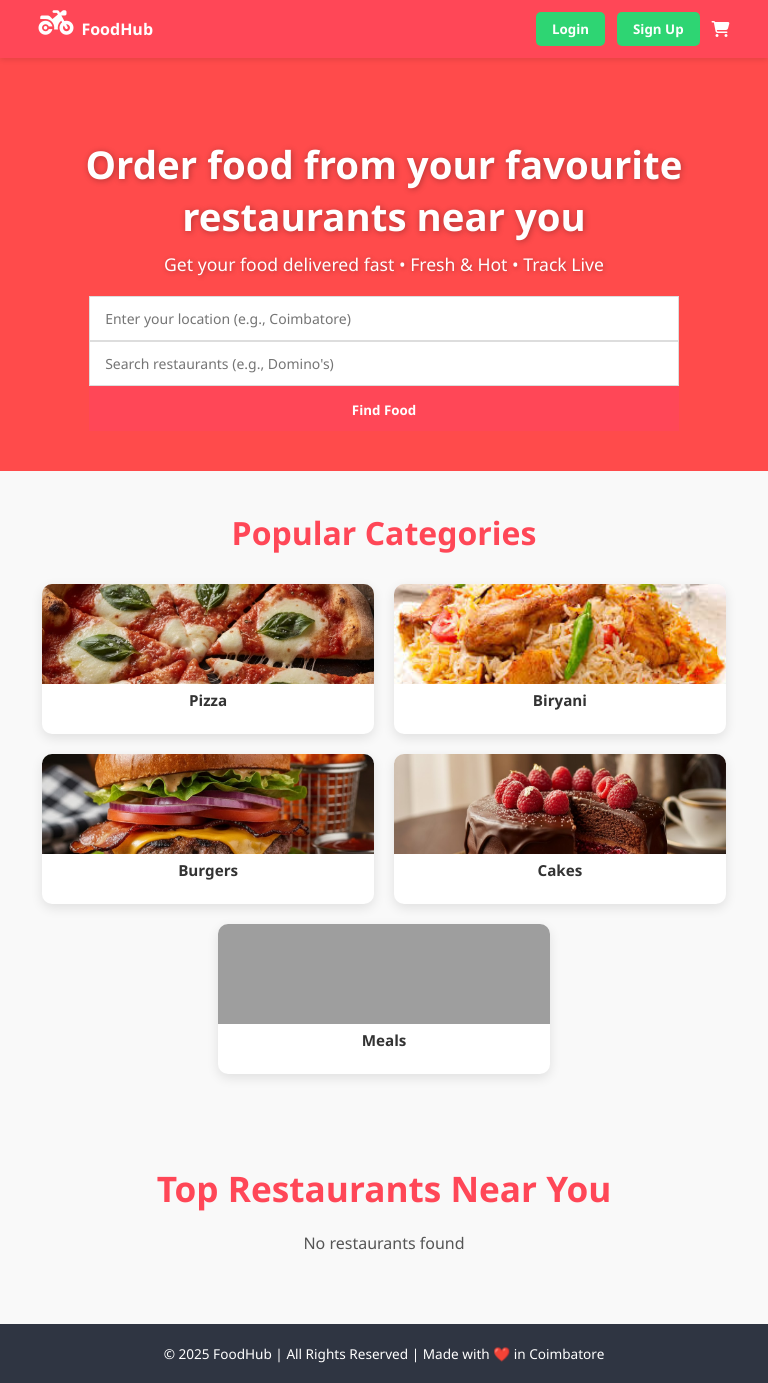
Repository: srinithiashoka/FoodDeliveryApp
Page: http://localhost/FoodDeliveryApp/home.jsp
An editor plug-in stored every save of this project. The page is shown before and after the next save, followed by the edit.
The browser window is 768 px wide. The pictures show the whole page.
Pictures or frames that could not be fetched are drawn as grey boxes. The page is served by Tomcat 10. Other server files are loaded and not shown. Queries for data that is not in the repository find no rows.

Above is the page before, as saved 2025-12-03 09:53:56.

### FoodDeliveryApp/src/main/webapp/home.jsp
<%@ page language="java" contentType="text/html; charset=UTF-8" pageEncoding="UTF-8"%>
<%@ page import="java.util.List" %>
<%@ page import="com.foodapp.dao.RestaurantDAO" %>
<%@ page import="com.foodapp.dao.impl.RestaurantDAOImpl" %>
<%@ page import="com.foodapp.model.Restaurant" %>
<%@ page import="com.foodapp.model.User" %>

<%
    String location = request.getParameter("location");
    String restaurantName = request.getParameter("restaurant");
    boolean isSearchActive = (location != null && !location.trim().isEmpty()) || (restaurantName != null && !restaurantName.trim().isEmpty());

    RestaurantDAO dao = new RestaurantDAOImpl();
    List<Restaurant> restaurants;

    if (isSearchActive) {
        restaurants = dao.searchRestaurants(location, restaurantName);
    } else {
        restaurants = dao.getActiveRestaurants();
    }

    User user = (User) session.getAttribute("user");
    Integer cartCount = (Integer) session.getAttribute("cartCount");
    if (cartCount == null) cartCount = 0;
%>

<!DOCTYPE html>
<html lang="en">
<head>
    <meta charset="UTF-8">
    <meta name="viewport" content="width=device-width, initial-scale=1.0">
    <title>FoodHub - Food Delivery App | Coimbatore</title>
    <link rel="stylesheet" href="https://cdnjs.cloudflare.com/ajax/libs/font-awesome/6.5.0/css/all.min.css">
    <link rel="stylesheet" href="css/home.css">
</head>
<body>

<!-- NAVBAR -->
<header>
    <div class="container">
        <div class="navbar">
            <div class="logo">
                <i class="fa-solid fa-motorcycle scooter-icon"></i>
                <span>FoodHub</span>
            </div>

            <ul class="nav-menu">
                <li><a href="home.jsp">Home</a></li>
                <li><a href="#">Restaurants</a></li>
                <li><a href="#">Offers</a></li>
                <li><a href="#">Contact</a></li>
            </ul>

            <div class="nav-actions">
                <% if (user == null) { %>
                    <button class="btn btn-login" onclick="location.href='login.jsp'">Login</button>
                    <button class="btn btn-signup" onclick="location.href='signup.jsp'">Sign Up</button>
                <% } else { %>
                    <span>Welcome, <%= user.getUsername() %></span>
                <% } %>

                <div class="cart-icon-wrapper">
                    <a href="cart.jsp" title="View Cart (<%= cartCount %> items)">
                        <i class="fas fa-shopping-cart cart-icon"></i>
                    </a>
                    <% if (cartCount > 0) { %>
                        <span class="cart-badge"><%= cartCount %></span>
                    <% } %>
                </div>
            </div>
        </div>
    </div>
</header>

<!-- HERO SECTION -->
<section class="hero">
    <div class="container">
        <h1>Order food from your favourite restaurants near you</h1>
        <p>Get your food delivered fast • Fresh & Hot • Track Live</p>

        <!-- Search Card -->
        <div class="search-card">
            <form action="home.jsp" method="get" class="search-form">
                <input type="text" name="location" placeholder="Enter your location (e.g., Coimbatore)"
                       value="<%= location != null ? location : "" %>" class="search-input">
                <input type="text" name="restaurant" placeholder="Search restaurants (e.g., Domino's)"
                       value="<%= restaurantName != null ? restaurantName : "" %>" class="search-input">
                <button type="submit" class="search-btn">Find Food</button>
            </form>
        </div>
    </div>
</section>

<!-- CATEGORIES -->
<section class="categories">
    <div class="container">
        <h2>Popular Categories</h2>
        <div class="category-grid">
            <a href="home.jsp?restaurant=pizza" class="category-card">
                <img src="images/pizzas.jpg" alt="Pizza" loading="lazy">
                <p>Pizza</p>
            </a>
            <a href="home.jsp?restaurant=biryani" class="category-card">
                <img src="images/briyani.jpeg" alt="Biryani" loading="lazy">
                <p>Biryani</p>
            </a>
            <a href="home.jsp?restaurant=burger" class="category-card">
                <img src="images/burgers.jpg" alt="Burgers" loading="lazy">
                <p>Burgers</p>
            </a>
            <a href="home.jsp?restaurant=cake" class="category-card">
                <img src="images/cake.jpg" alt="Cakes" loading="lazy">
                <p>Cakes</p>
            </a>
            <a href="home.jsp?location=coimbatore" class="category-card">
                <img src="images/meals.jpeg" alt="Meals" loading="lazy">
                <p>Meals</p>
            </a>
        </div>
    </div>
</section>

<!-- RESTAURANTS -->
<section class="restaurants">
    <div class="container">
        <h2>
            <% if (location != null && !location.isEmpty()) { %>
                Restaurants in <%= location %>
            <% } else if (restaurantName != null && !restaurantName.isEmpty()) { %>
                Search Results for "<%= restaurantName %>"
            <% } else { %>
                Top Restaurants Near You
            <% } %>
        </h2>

        <div class="restaurant-grid">
            <% if (restaurants != null && !restaurants.isEmpty()) {
                for (Restaurant r : restaurants) { %>
                <a href="menu?action=byRestaurant&restaurantId=<%= r.getRestaurantId() %>" class="restaurant-card">
                    <% String imgPath = r.getImagePath();
                       if (imgPath == null || imgPath.isEmpty()) imgPath = "images/restaurants/default.jpg"; %>
                    <img src="<%= imgPath %>" alt="<%= r.getName() %>" loading="lazy">
                    <div class="restaurant-info">
                        <h3><%= r.getName() %></h3>
                        <div class="restaurant-meta">
                            <span><%= r.getCuisineType() %></span>
                            <span><%= r.getDeliveryTime() %></span>
                        </div>
                        <p><%= r.getAddress().length() > 50 ? r.getAddress().substring(0,50)+"..." : r.getAddress() %></p>
                    </div>
                </a>
            <% } } else { %>
                <p style="text-align:center; color:#555;">No restaurants found</p>
            <% } %>
        </div>
    </div>
</section>

<!-- FOOTER -->
<footer>
    <div class="container">
        <p>© 2025 FoodHub | All Rights Reserved | Made with ❤️ in Coimbatore</p>
    </div>
</footer>

</body>
</html>

### FoodDeliveryApp/src/main/java/com/foodapp/dao/RestaurantDAO.java
package com.foodapp.dao;

import java.util.List;
import com.foodapp.model.Restaurant;

public interface RestaurantDAO {
    boolean addRestaurant(Restaurant restaurant);
    boolean updateRestaurant(Restaurant restaurant);
    boolean deleteRestaurant(int restaurantId);
    Restaurant getRestaurantById(int restaurantId);
    List<Restaurant> getAllRestaurants();
    List<Restaurant> getActiveRestaurants();

    // ✅ New method for search
    List<Restaurant> searchRestaurants(String location, String name);
}

### FoodDeliveryApp/src/main/java/com/foodapp/dao/impl/RestaurantDAOImpl.java
package com.foodapp.dao.impl;

import com.foodapp.dao.RestaurantDAO;
import com.foodapp.model.Restaurant;
import com.foodapp.util.DBConnection;

import java.sql.*;
import java.util.ArrayList;
import java.util.List;

public class RestaurantDAOImpl implements RestaurantDAO {

    @Override
    public boolean addRestaurant(Restaurant r) {
        String sql = "INSERT INTO restaurants (name, cuisineType, deliveryTime, address, adminUserId, isActive, imagePath) VALUES (?, ?, ?, ?, ?, ?, ?)";
        try (Connection conn = DBConnection.getConnection();
             PreparedStatement ps = conn.prepareStatement(sql)) {
            ps.setString(1, r.getName());
            ps.setString(2, r.getCuisineType());
            ps.setString(3, r.getDeliveryTime());
            ps.setString(4, r.getAddress());
            ps.setInt(5, r.getAdminUserId());
            ps.setBoolean(6, r.isActive());
            ps.setString(7, r.getImagePath());
            return ps.executeUpdate() > 0;
        } catch (SQLException e) {
            e.printStackTrace();
        }
        return false;
    }

    @Override
    public boolean updateRestaurant(Restaurant r) {
        String sql = "UPDATE restaurants SET name=?, cuisineType=?, deliveryTime=?, address=?, adminUserId=?, isActive=?, imagePath=? WHERE restaurantId=?";
        try (Connection conn = DBConnection.getConnection();
             PreparedStatement ps = conn.prepareStatement(sql)) {
            ps.setString(1, r.getName());
            ps.setString(2, r.getCuisineType());
            ps.setString(3, r.getDeliveryTime());
            ps.setString(4, r.getAddress());
            ps.setInt(5, r.getAdminUserId());
            ps.setBoolean(6, r.isActive());
            ps.setString(7, r.getImagePath());
            ps.setInt(8, r.getRestaurantId());
            return ps.executeUpdate() > 0;
        } catch (SQLException e) {
            e.printStackTrace();
        }
        return false;
    }

    @Override
    public boolean deleteRestaurant(int restaurantId) {
        String sql = "DELETE FROM restaurants WHERE restaurantId=?";
        try (Connection conn = DBConnection.getConnection();
             PreparedStatement ps = conn.prepareStatement(sql)) {
            ps.setInt(1, restaurantId);
            return ps.executeUpdate() > 0;
        } catch (SQLException e) {
            e.printStackTrace();
        }
        return false;
    }

    @Override
    public Restaurant getRestaurantById(int restaurantId) {
        String sql = "SELECT * FROM restaurants WHERE restaurantId=?";
        try (Connection conn = DBConnection.getConnection();
             PreparedStatement ps = conn.prepareStatement(sql)) {
            ps.setInt(1, restaurantId);
            try (ResultSet rs = ps.executeQuery()) {
                if (rs.next()) {
                    return extractRestaurant(rs);
                }
            }
        } catch (SQLException e) {
            e.printStackTrace();
        }
        return null;
    }

    @Override
    public List<Restaurant> getAllRestaurants() {
        List<Restaurant> list = new ArrayList<>();
        String sql = "SELECT * FROM restaurants";
        try (Connection conn = DBConnection.getConnection();
             Statement st = conn.createStatement();
             ResultSet rs = st.executeQuery(sql)) {
            while (rs.next()) {
                list.add(extractRestaurant(rs));
            }
        } catch (SQLException e) {
            e.printStackTrace();
        }
        return list;
    }

    @Override
    public List<Restaurant> getActiveRestaurants() {
        List<Restaurant> list = new ArrayList<>();
        String sql = "SELECT * FROM restaurants WHERE isActive = TRUE";
        try (Connection conn = DBConnection.getConnection();
             Statement st = conn.createStatement();
             ResultSet rs = st.executeQuery(sql)) {
            while (rs.next()) {
                list.add(extractRestaurant(rs));
            }
        } catch (SQLException e) {
            e.printStackTrace();
        }
        return list;
    }

    private Restaurant extractRestaurant(ResultSet rs) throws SQLException {
        Restaurant r = new Restaurant();
        r.setRestaurantId(rs.getInt("restaurantId"));
        r.setName(rs.getString("name"));
        r.setCuisineType(rs.getString("cuisineType"));
        r.setDeliveryTime(rs.getString("deliveryTime"));
        r.setAddress(rs.getString("address"));
        r.setAdminUserId(rs.getInt("adminUserId"));
        r.setActive(rs.getBoolean("isActive"));
        r.setImagePath(rs.getString("imagePath"));
        return r;
    }

    @Override
    public List<Restaurant> searchRestaurants(String location, String name) {
        List<Restaurant> list = new ArrayList<>();
        String sql = "SELECT * FROM restaurants WHERE isActive = TRUE";

        if (location != null && !location.isEmpty()) {
            sql += " AND address LIKE ?";
        }
        if (name != null && !name.isEmpty()) {
            sql += " AND name LIKE ?";
        }

        try (Connection conn = DBConnection.getConnection();
             PreparedStatement ps = conn.prepareStatement(sql)) {

            int index = 1;
            if (location != null && !location.isEmpty()) {
                ps.setString(index++, "%" + location + "%");
            }
            if (name != null && !name.isEmpty()) {
                ps.setString(index++, "%" + name + "%");
            }

            try (ResultSet rs = ps.executeQuery()) {
                while (rs.next()) {
                    list.add(extractRestaurant(rs));
                }
            }

        } catch (SQLException e) {
            e.printStackTrace();
        }
        return list;
    }

    }

### FoodDeliveryApp/src/main/java/com/foodapp/util/DBConnection.java
package com.foodapp.util;

import java.sql.Connection;
import java.sql.DriverManager;
import java.sql.SQLException;

public class DBConnection {

    private static final String URL = "jdbc:mysql://localhost:3306/food_delivery?useSSL=false&serverTimezone=UTC";
    private static final String USER = "root";
    private static final String PASS = "root";

    static {
        try {
            Class.forName("com.mysql.cj.jdbc.Driver");
        } catch (ClassNotFoundException e) {
            e.printStackTrace();
        }
    }

    public static Connection getConnection() throws SQLException {
        return DriverManager.getConnection(URL, USER, PASS);
    }
}

### FoodDeliveryApp/src/main/webapp/css/home.css
/* RESET & GENERAL */
* { margin:0; padding:0; box-sizing:border-box; font-family:"Segoe UI",Tahoma,Geneva,Verdana,sans-serif;}
a {text-decoration:none;color:inherit;}
body {background:#f9f9f9;color:#333;}
.container {width:90%;max-width:1200px;margin:auto;}

/* HEADER */
header {background:#ff4757;padding:12px 0;color:white;position:sticky;top:0;z-index:100;box-shadow:0 2px 5px rgba(0,0,0,0.1);}
.navbar {display:flex;justify-content:space-between;align-items:center;}
.logo {display:flex;align-items:center;gap:8px;font-weight:700;transition: transform 0.5s ease,color 0.5s ease;}
.logo:hover {transform:rotate(-5deg) scale(1.05);color:#ffeaa7;}
.scooter-icon {font-size:28px;animation:bounce 2s infinite;color:white;}
@keyframes bounce {0%,100%{transform:translateY(0);}50%{transform:translateY(-6px);}}
.nav-menu {display:flex;list-style:none;gap:20px;}
.nav-menu li a {font-weight:bold;color:white;transition:color 0.3s;}
.nav-menu li a:hover {color:#ffeaa7;}
.nav-actions {display:flex;align-items:center;gap:12px;}
.btn {padding:8px 16px;border:none;border-radius:5px;cursor:pointer;font-weight:bold;transition: background 0.3s, transform 0.2s;}
.btn-login, .btn-signup {background:#2ed573;color:white;}
.btn-login:hover, .btn-signup:hover {background:#26c35e;transform:scale(1.05);}
.cart-icon-wrapper {position:relative;}
.cart-badge {position:absolute;top:-5px;right:-7px;background:#ff4757;color:white;font-size:12px;padding:2px 6px;border-radius:50%;}

/* HERO */
.hero {background:#ff4b4b;color:white;text-align:center;padding:80px 20px 40px 20px;border-radius:0;}
.hero h1 {font-size:2.4rem;margin-bottom:10px;text-shadow:1px 1px 6px rgba(0,0,0,0.3);}
.hero p {font-size:1.1rem;margin-bottom:20px;text-shadow:1px 1px 5px rgba(0,0,0,0.3);}

/* SEARCH BOX - STRAIGHT SQUARE INPUTS */
.search-box {display:flex;justify-content:center;align-items:center;gap:5px;max-width:750px;margin:20px auto 0 auto;}
.search-input {padding:15px;border:1px solid #ddd;background:#fff;font-size:14px;outline:none;width:200px;height:45px;}
.search-btn {padding:15px 20px;background:#ff4757;color:white;border:none;font-weight:bold;cursor:pointer;height:45px;transition:0.3s;}
.search-btn:hover {background:#e03c4c;}

/* CATEGORIES */
.categories {padding:40px 0;}
.categories h2 {text-align:center;margin-bottom:30px;font-size:2rem;color:#ff4757;}
.category-grid {display:flex;flex-wrap:wrap;justify-content:center;gap:20px;}
.category-card {background:white;border-radius:10px;width:140px;height:150px;display:flex;flex-direction:column;align-items:center;justify-content:flex-start;box-shadow:0 4px 12px rgba(0,0,0,0.1);cursor:pointer;transition:transform 0.3s, box-shadow 0.3s;}
.category-card:hover {transform:translateY(-6px);box-shadow:0 8px 18px rgba(0,0,0,0.15);}
.category-card img {width:100%;height:100px;object-fit:cover;border-radius:10px 10px 0 0;}
.category-card p {margin:6px 0;font-weight:600;font-size:0.95rem;}

/* RESTAURANTS */
.restaurants {padding:30px 0;}
.restaurants h2 {text-align:center;margin:20px 0 20px 0;font-size:2.2rem;font-weight:700;color:#ff4757;}
.restaurant-grid {display:flex;flex-wrap:wrap;justify-content:center;gap:20px;}
.restaurant-card {background:white;width:240px;border-radius:10px;overflow:hidden;box-shadow:0 4px 15px rgba(0,0,0,0.1);transition:transform 0.3s, box-shadow 0.3s;cursor:pointer;}
.restaurant-card:hover {transform:translateY(-6px);box-shadow:0 10px 22px rgba(0,0,0,0.15);}
.restaurant-card img {width:100%;height:150px;object-fit:cover;}
.restaurant-info {padding:15px;}
.restaurant-info h3 {margin:0 0 6px 0;font-size:1.15rem;}
.restaurant-meta {display:flex;justify-content:space-between;font-size:0.85rem;color:#555;margin-bottom:6px;}
.restaurant-info p {margin:2px 0;font-size:0.9rem;}

/* FOOTER */
footer {background:#2f3542;color:white;text-align:center;padding:20px 0;margin-top:40px;font-size:0.85rem;}

/* RESPONSIVE */
@media(max-width:768px){.nav-menu{display:none;}.search-box{flex-direction:column;}.search-input{width:90%;}.search-btn{width:90%;}.category-card,.restaurant-card{width:48%;}}
@media(max-width:480px){.category-card,.restaurant-card{width:90%;}.hero h1{font-size:1.8rem;}.hero p{font-size:0.95rem;}}

After the next save:
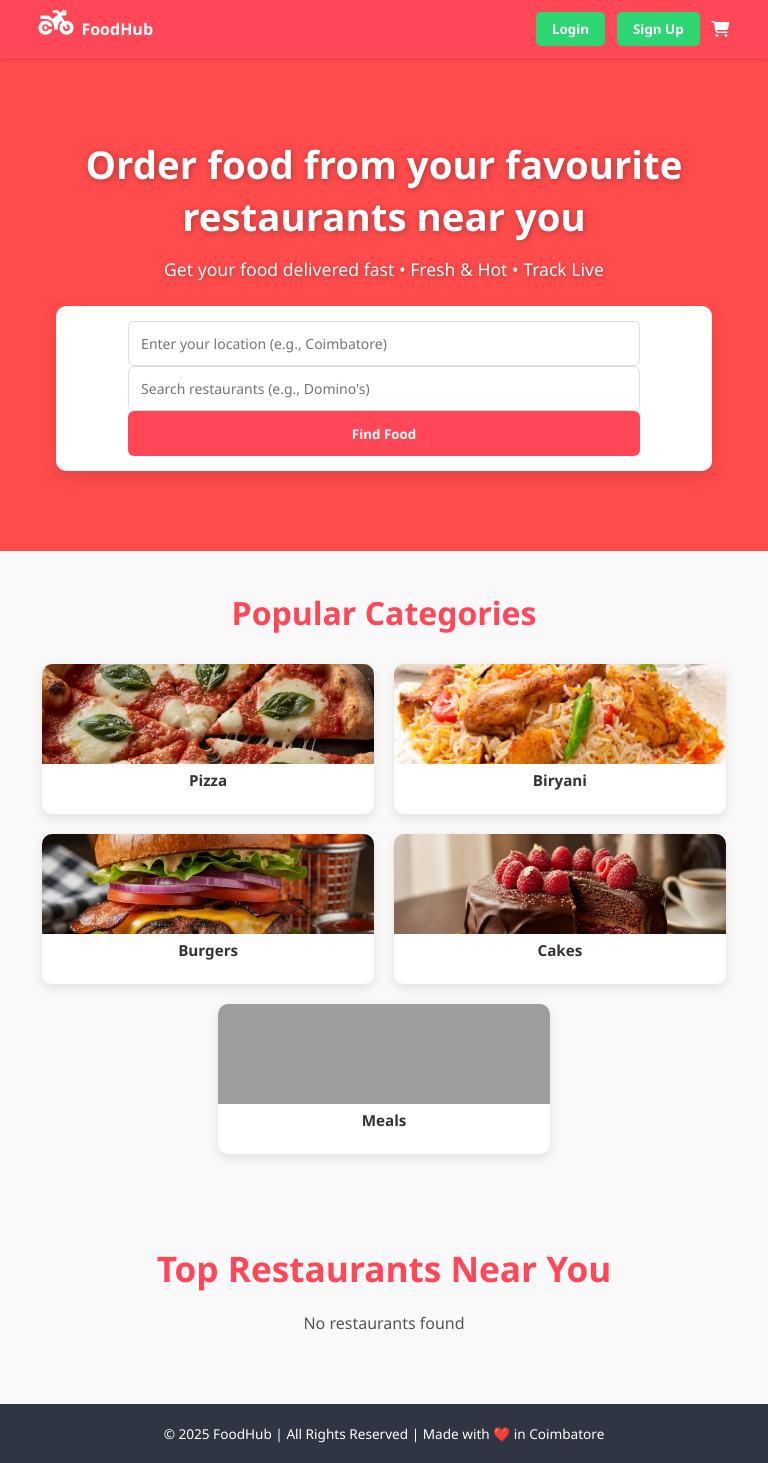
Saved 18 s later.
--- a/FoodDeliveryApp/src/main/webapp/css/home.css
+++ b/FoodDeliveryApp/src/main/webapp/css/home.css
@@ -22,14 +22,14 @@ header {background:#ff4757;padding:12px 0;color:white;position:sticky;top:0;z-in
 .cart-badge {position:absolute;top:-5px;right:-7px;background:#ff4757;color:white;font-size:12px;padding:2px 6px;border-radius:50%;}
 
 /* HERO */
-.hero {background:#ff4b4b;color:white;text-align:center;padding:80px 20px 40px 20px;border-radius:0;}
-.hero h1 {font-size:2.4rem;margin-bottom:10px;text-shadow:1px 1px 6px rgba(0,0,0,0.3);}
-.hero p {font-size:1.1rem;margin-bottom:20px;text-shadow:1px 1px 5px rgba(0,0,0,0.3);}
+.hero {background:#ff4b4b;color:white;text-align:center;padding:80px 20px 60px 20px;border-radius:0;}
+.hero h1 {font-size:2.4rem;margin-bottom:15px;text-shadow:1px 1px 6px rgba(0,0,0,0.3);}
+.hero p {font-size:1.1rem;margin-bottom:25px;text-shadow:1px 1px 5px rgba(0,0,0,0.3);}
 
-/* SEARCH BOX - STRAIGHT SQUARE INPUTS */
-.search-box {display:flex;justify-content:center;align-items:center;gap:5px;max-width:750px;margin:20px auto 0 auto;}
-.search-input {padding:15px;border:1px solid #ddd;background:#fff;font-size:14px;outline:none;width:200px;height:45px;}
-.search-btn {padding:15px 20px;background:#ff4757;color:white;border:none;font-weight:bold;cursor:pointer;height:45px;transition:0.3s;}
+/* SEARCH CARD */
+.search-card {background:white;padding:15px;display:flex;justify-content:center;align-items:center;gap:10px;max-width:750px;margin:20px auto;box-shadow:0 6px 15px rgba(0,0,0,0.1);border-radius:10px;}
+.search-input {padding:12px;border:1px solid #ddd;background:#fff;font-size:14px;width:200px;height:45px;border-radius:6px;outline:none;}
+.search-btn {padding:12px 20px;background:#ff4757;color:white;border:none;font-weight:bold;cursor:pointer;height:45px;border-radius:6px;transition:0.3s;}
 .search-btn:hover {background:#e03c4c;}
 
 /* CATEGORIES */
@@ -57,5 +57,5 @@ header {background:#ff4757;padding:12px 0;color:white;position:sticky;top:0;z-in
 footer {background:#2f3542;color:white;text-align:center;padding:20px 0;margin-top:40px;font-size:0.85rem;}
 
 /* RESPONSIVE */
-@media(max-width:768px){.nav-menu{display:none;}.search-box{flex-direction:column;}.search-input{width:90%;}.search-btn{width:90%;}.category-card,.restaurant-card{width:48%;}}
+@media(max-width:768px){.nav-menu{display:none;}.search-card{flex-direction:column;}.search-input{width:90%;}.search-btn{width:90%;}.category-card,.restaurant-card{width:48%;}}
 @media(max-width:480px){.category-card,.restaurant-card{width:90%;}.hero h1{font-size:1.8rem;}.hero p{font-size:0.95rem;}}
